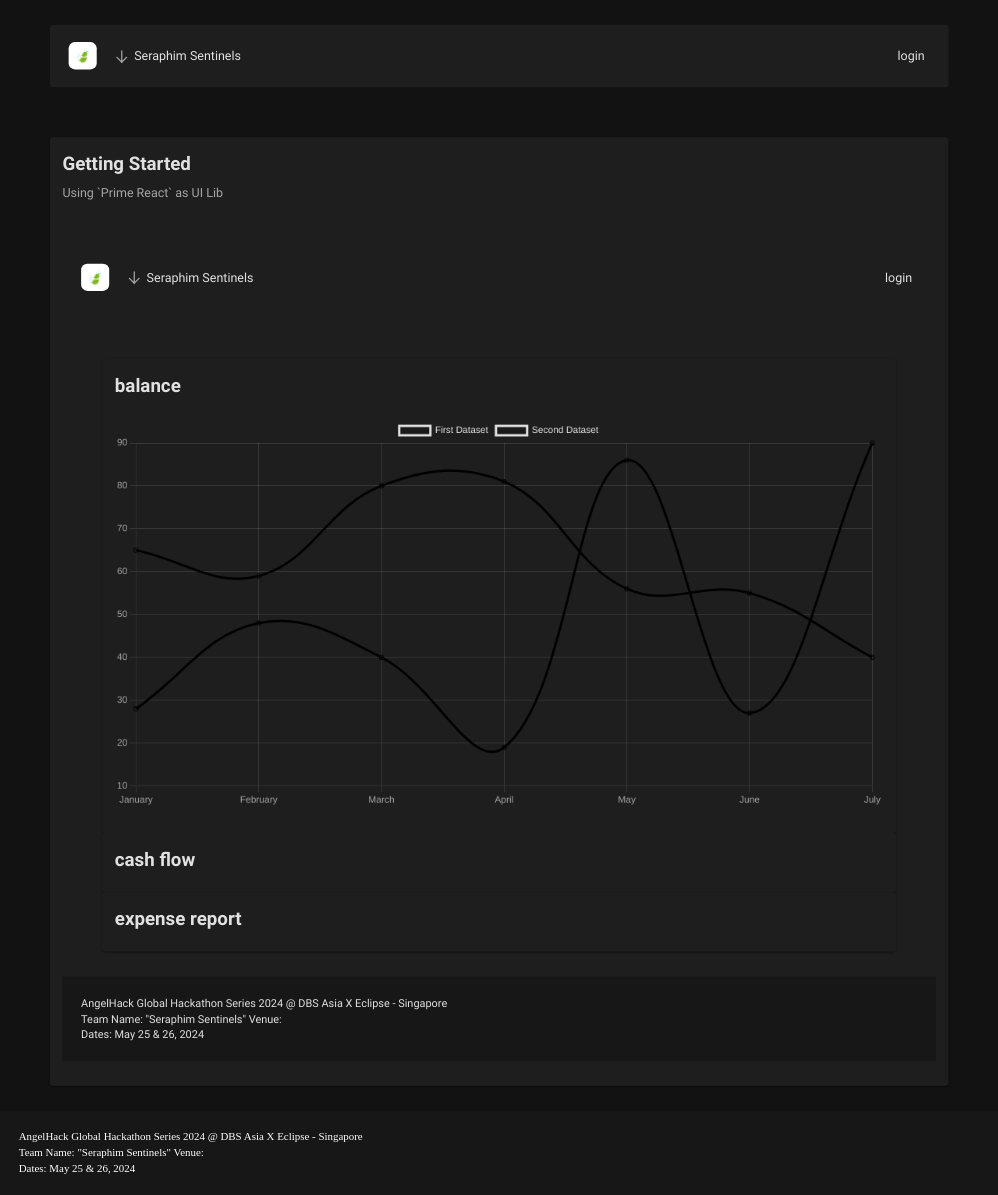
Repository: cheonglol/Seraphim-Sentinels
Page: /
The author's editor kept a copy of each file at every save. The page is drawn from the files as they stood at one save, then again after the next save.
The browser window is 1280 px wide. The pictures show the whole page, at 78% of full size.
Some web fonts or font styles are not loaded; a fallback is used. The project was rebuilt for these pictures with package versions that can differ from the ones it lists, and the page was loaded fresh each time. Also part of the build but not shown: webpack.config.js, src/Views/Common/ErrorView.tsx.

Above is the page before, as saved 2024-05-25 14:31:10.

After the next save:
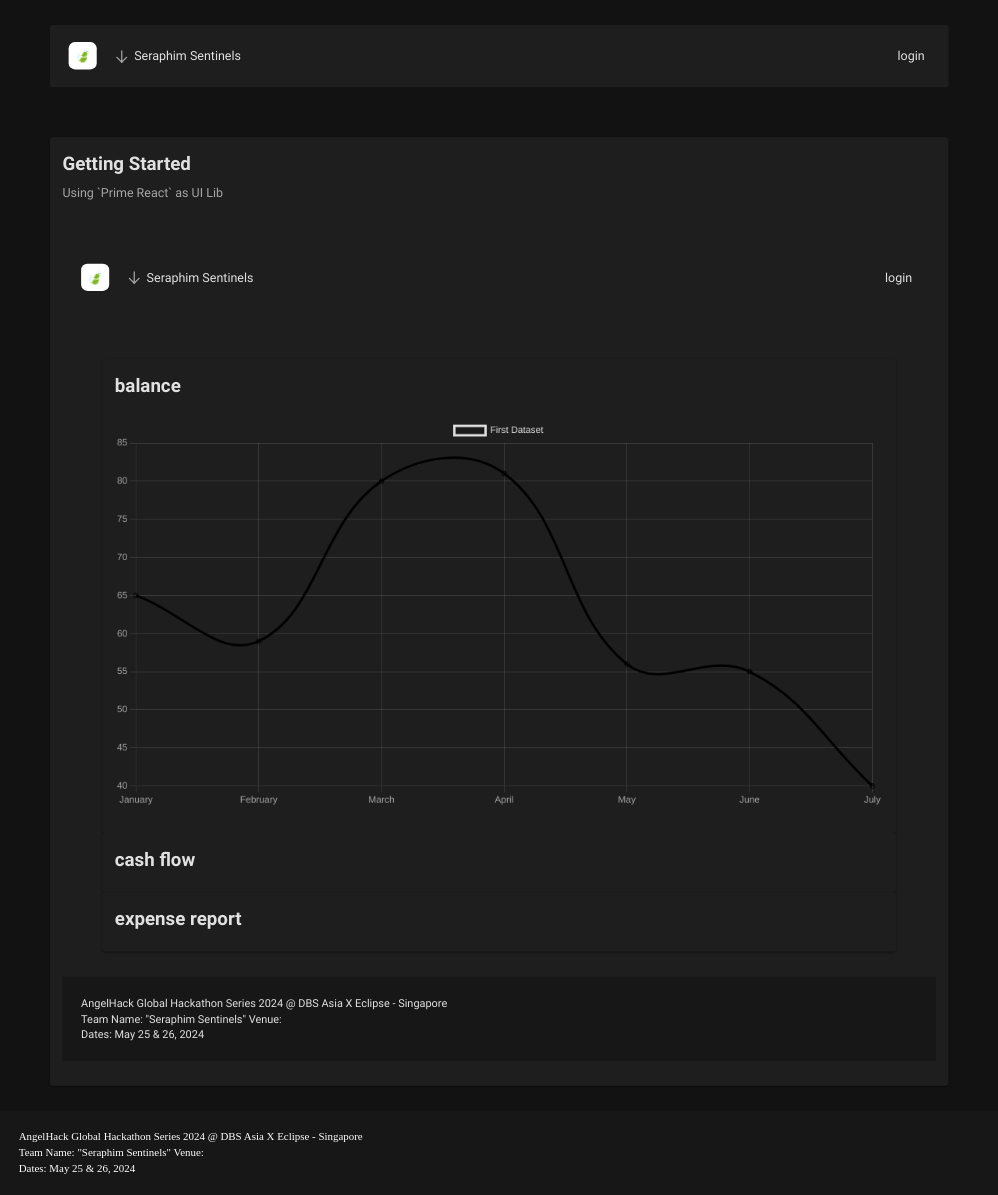
Saved 63 s later.
--- a/src/Views/RetirementPlanDashboard.tsx
+++ b/src/Views/RetirementPlanDashboard.tsx
@@ -12,13 +12,6 @@ import { LineChartData } from "../Components/RetirementPlanDashboard/LineChartDa
           data: [65, 59, 80, 81, 56, 55, 40],
           fill: false,
           borderColor: "--blue-500",
-          tension: 0.4,
-        },
-        {
-          label: "Second Dataset",
-          data: [28, 48, 40, 19, 86, 27, 90],
-          fill: false,
-          borderColor: "--pink-500",
           tension: 0.4,
         },
       ],
